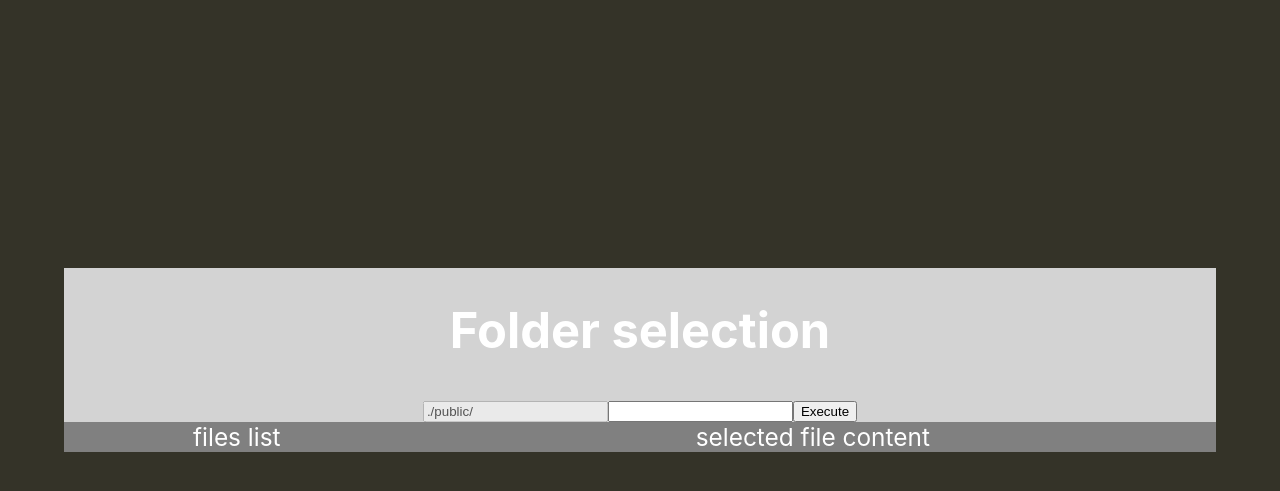
Repository: idubi/DevopsCourse
Page: / (app in lesson03/assignment/client/)
An editor plug-in stored every save of this project. The page is shown before and after the next save, followed by the edit.
The browser window is 1280 px wide. The pictures show the whole page.
The project was rebuilt for these pictures with package versions that can differ from the ones it lists, and the page was loaded fresh each time.

Above is the page before, as saved 2023-06-15 03:18:21.

### lesson03/assignment/client/src/App.js
import "./App.css";
import "./components/FilesBrowser";
import FileBrowser from "./components/FilesBrowser";
import styled from "styled-components";

function App() {
  return (
    <Container className="App">
      <header className="App-header">
        <FileBrowser></FileBrowser>
      </header>
    </Container>
  );
}

const Container = styled.div`
  display: flex;
  flex-direction: column;
  height: 100%;
  width: 100%;
`;

export default App;

### lesson03/assignment/client/src/App.css
.App {
  text-align: center;
}

.App-logo {
  height: 40vmin;
  pointer-events: none;
}

@media (prefers-reduced-motion: no-preference) {
  .App-logo {
    animation: App-logo-spin infinite 20s linear;
  }
}

.App-header {
  background-color: #343328;
  min-height: 100vh;
  display: flex;
  flex-direction: column;
  align-items: center;
  justify-content: center;
  font-size: calc(10px + 2vmin);
  color: white;
}

.App-link {
  color: #61dafb;
}

@keyframes App-logo-spin {
  from {
    transform: rotate(0deg);
  }
  to {
    transform: rotate(360deg);
  }
}

### lesson03/assignment/client/src/components/FilesBrowser.js
import React, { useState } from "react";
import styled from "styled-components";
function FileBrowser() {
  const [path, setPath] = useState("");
  // const [response, setResponse] = useState("");

  const handlePathChange = (event) => {
    setPath(event.target.value);
  };

  const handleExecute = () => {
    //   fetch(path)
    //     .then((response) => response.json())
    //     .then((data) => setResponse(JSON.stringify(data)))
    //     .catch((error) => console.error("Error:", error));
  };

  return (
    <Container>
      <Upper>
        <h1>Folder selection</h1>
        <input type="text" value="./public/" disabled />
        <input type="text" value={path} onChange={handlePathChange} />
        <button onClick={handleExecute}>Execute</button>
      </Upper>
      <Lower>
        <LeftLowerDiv>files list</LeftLowerDiv>
        <RightLowerDiv>selected file content</RightLowerDiv>
      </Lower>
    </Container>
  );
}

const Container = styled.div`
  display: flex;
  flex-direction: column;
  height: 90%;
  width: 90%;
`;

const Upper = styled.div`
  height: 30%;
  background-color: lightgrey;
`;

const Lower = styled.div`
  display: flex;
  flex-direction: row;
  height: 100%;
`;

const LeftLowerDiv = styled.div`
  width: 30%;
  height: 100%;
  background-color: gray;
`;
const RightLowerDiv = styled.div`
  width: 70%;
  height: 100%;
  background-color: gray;
`;

export default FileBrowser;

Loaded but not shown: lesson03/assignment/client/public/index.html (common file); lesson03/assignment/client/src/index.js (common file); lesson03/assignment/client/src/index.css (common file); lesson03/assignment/client/src/reportWebVitals.js (common file)

After the next save:
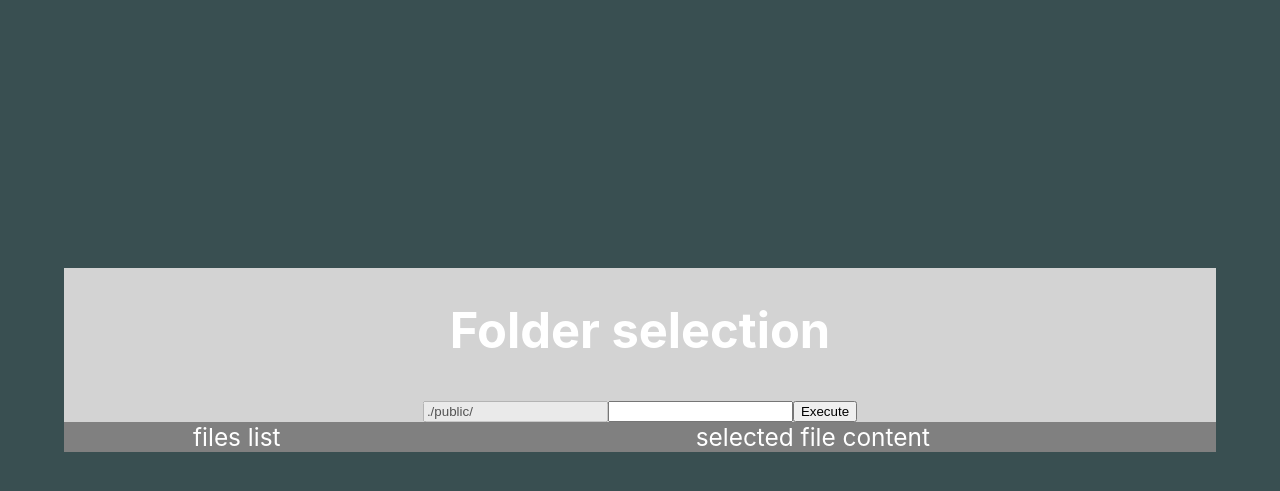
Saved 9 s later.
--- a/lesson03/assignment/client/src/App.css
+++ b/lesson03/assignment/client/src/App.css
@@ -14,7 +14,7 @@
 }
 
 .App-header {
-  background-color: #343328;
+  background-color: #394f51;
   min-height: 100vh;
   display: flex;
   flex-direction: column;
